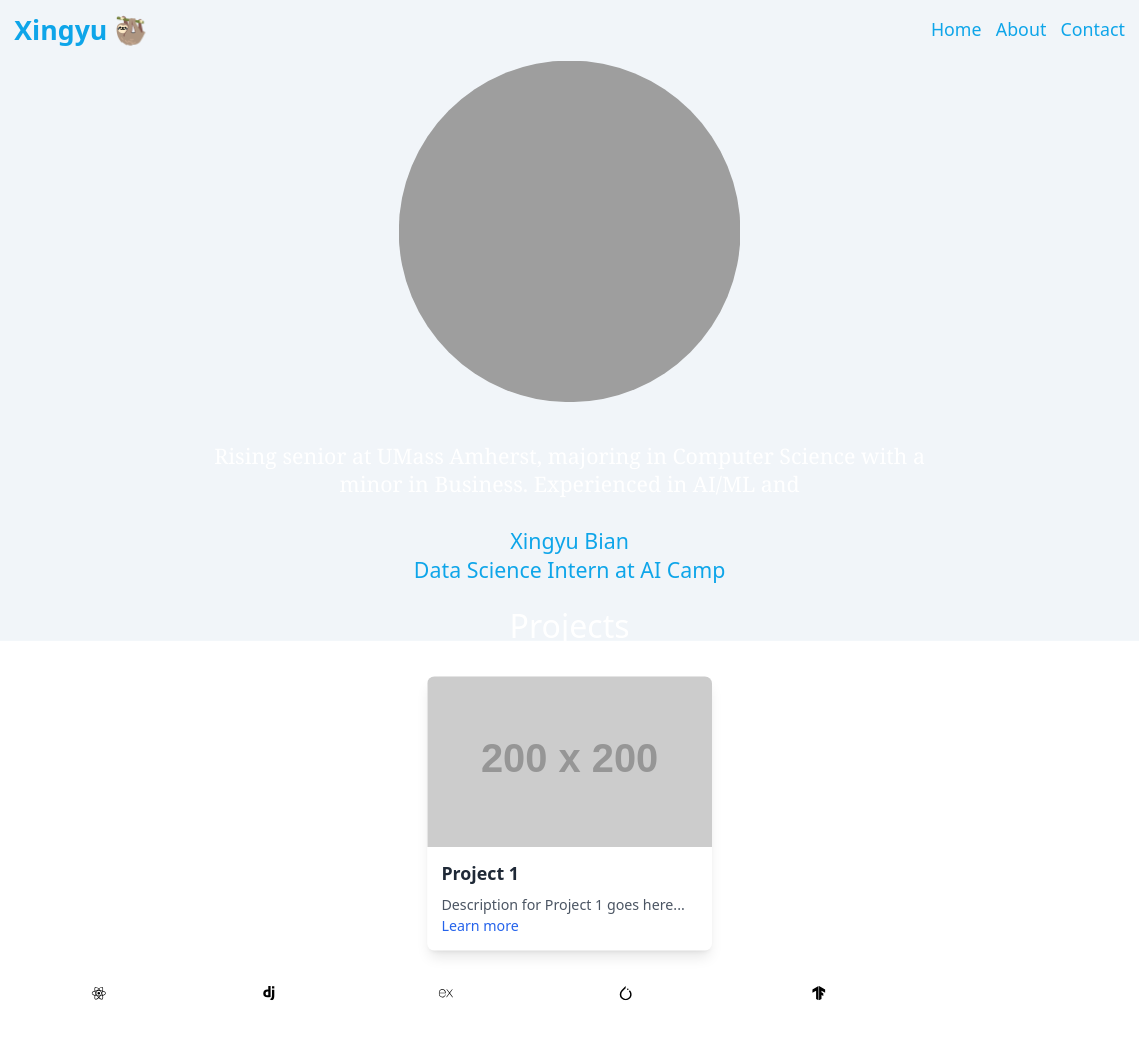
Repository: therealcyberlord/personal-portfolio
Page: /
An editor plug-in stored every save of this project. The page is shown before and after the next save, followed by the edit.
The browser window is 1280 px wide. The pictures show the whole page, at 89% of full size.
Pictures or frames that could not be fetched are drawn as grey boxes. The project was rebuilt for these pictures with package versions that can differ from the ones it lists, and the page was loaded fresh each time. Also part of the build but not shown: vite.config.ts, src/pages/About.tsx, src/pages/Contact.tsx.

Above is the page before, as saved 2023-07-24 23:05:35.

### src/App.tsx
import { BrowserRouter as Router, Routes, Route } from "react-router-dom";
import Home from "./pages/Home";
import About from "./pages/About";
import Contact from "./pages/Contact";
import Navbar from "./components/Nav";

function App() {
  return (
    <div className="w-screen h-screen bg-slate-100 dark:bg-slate-800">
      <Router>
        <Navbar />
        <Routes>
          <Route path="/" element={<Home />} />
          <Route path="/about" element={<About />} />
          <Route path="/contact" element={<Contact />} />
        </Routes>
      </Router>
    </div>
  );
}

export default App;

### src/pages/Home.tsx
import React from "react";
import Profile from "../components/Profile";
import Project from "../components/Project";
import {
  SiReact,
  SiDjango,
  SiExpress,
  SiPytorch,
  SiTensorflow,
} from "react-icons/si";
import { GrGolang } from "react-icons/gr";

// home page
const Home = () => {
  return (
    <>
      <Profile
        name="Xingyu Bian"
        description="Rising senior at UMass Amherst, majoring in Computer Science with a minor in Business. Experienced in AI/ML and web development. Passionate about leveraging machine learning, particularly large language models (LLMs), to tackle complex problems."
        img_path="https://media.licdn.com/dms/image/D4E03AQFCQkdaurjz6w/profile-displayphoto-shrink_800_800/0/1683933220891?e=1695859200&v=beta&t=uIRKof3vYt0XOvIpsSgM-4hSd2uGWgJoHZSCfBV5E1M"
        role="Data Science Intern at AI Camp"
      />
      <h2 className="p-4 text-white text-4xl font-medium text-center">
        Projects
      </h2>
      <div className="p-5 flex flex-wrap justify-around">
        <Project
          name="Project 1"
          description="Description for Project 1 goes here..."
          img_path="https://placehold.it/200"
          src_path="https://github.com/project1"
        />
        {/* Add more Project components as needed */}
      </div>
      {/* Skills section */}
      <div className="p-5 flex flex-wrap justify-around">
        <SkillItem icon={<SiReact />} name="React" />
        <SkillItem icon={<SiDjango />} name="Django" />
        <SkillItem icon={<SiExpress />} name="Express" />
        <SkillItem icon={<SiPytorch />} name="PyTorch" />
        <SkillItem icon={<SiTensorflow />} name="TensorFlow" />
        <SkillItem icon={<GrGolang />} name="Langchain" />
        {/* Add more skills as needed */}
      </div>
    </>
  );
};

// SkillItem component
const SkillItem = ({ icon, name }) => {
  return (
    <div className="flex flex-col items-center">
      {icon}
      <p className="text-white text-lg mt-2">{name}</p>
    </div>
  );
};

export default Home;

### src/components/Nav.tsx
import { Link } from "react-router-dom";

const Navbar = () => {
  return (
    <nav className="p-4">
      <div className="flex justify-between items-center">
        <div className="text-sky-500 dark:text-sky-400 font-bold text-3xl">
          Xingyu 🦥
        </div>
        <ul className="flex space-x-4">
          <li>
            <Link
              to="/"
              className="text-sky-500 text-xl dark:text-sky-400 hover:text-blue-200 dark:hover:text-blue-200 transition duration-300"
            >
              Home
            </Link>
          </li>
          <li>
            <Link
              to="/about"
              className="text-sky-500 text-xl dark:text-sky-400 hover:text-blue-200 dark:hover:text-blue-200 transition duration-300"
            >
              About
            </Link>
          </li>
          <li>
            <Link
              to="/contact"
              className="text-sky-500 text-xl dark:text-sky-400 hover:text-blue-200 dark:hover:text-blue-200 transition duration-300"
            >
              Contact
            </Link>
          </li>
        </ul>
      </div>
    </nav>
  );
};

export default Navbar;

### src/components/Profile.tsx
import React, { useState, useEffect } from "react";

interface ProfileProps {
  name: string;
  description: string;
  img_path: string;
  role: string;
}

const Profile: React.FC<ProfileProps> = ({
  name,
  description,
  img_path,
  role,
}) => {
  // track current index and typed text
  const [typedText, setTypedText] = useState("");
  const [currentIndex, setCurrentIndex] = useState(0);

  useEffect(() => {
    const timer = setInterval(() => {
      if (currentIndex < description.length) {
        setCurrentIndex(currentIndex + 1);
        setTypedText((prevText) => prevText + description[currentIndex]);
      } else {
        clearInterval(timer);
      }
    }, 50);

    return () => {
      clearInterval(timer);
    };
  }, [typedText]);

  return (
    <div className="flex flex-col items-center">
      <img
        className="w-64 h-64 rounded-full mx-auto lg:w-96 lg:h-96"
        src={img_path}
        alt="Xingyu's profile picture"
      />
      <div className="pt-6 text-center space-y-4">
        <blockquote className="max-w-4xl mx-auto text-lg lg:text-2xl">
          {/* Limit the width of the description */}
          <p className="p-5 text-white font-serif">{typedText}</p>
        </blockquote>
      </div>
      <figcaption className="font-medium text-center my-3">
        <p className="text-sky-500 dark:text-sky-400 text-xl lg:text-2xl">
          {name}
        </p>
        <p className="text-sky-500 dark:text-sky-400 text-xl lg:text-2xl">
          {role}
        </p>
      </figcaption>
    </div>
  );
};

export default Profile;

### src/components/Project.tsx
import React from "react";

interface ProfileProps {
  name: string;
  description: string;
  img_path: string;
  src_path: string;
}

const Profile: React.FC<ProfileProps> = ({
  name,
  description,
  img_path,
  src_path,
}) => {
  return (
    <div className="bg-white dark:bg-gray-700 rounded-lg shadow-lg overflow-hidden w-80 mx-4">
      <img
        className="w-full h-48 object-cover object-center"
        src={img_path}
        alt="Project 1"
      />
      <div className="p-4">
        <h3 className="text-xl font-semibold text-gray-800 dark:text-white">
          {name}
        </h3>
        <p className="mt-2 text-gray-600 dark:text-gray-300">{description}</p>
        <a
          href={src_path}
          className="mt-3 text-blue-600 dark:text-blue-400 hover:underline"
        >
          Learn more
        </a>
      </div>
    </div>
  );
};

export default Profile;

### tailwind.config.js
/** @type {import('tailwindcss').Config} */

export default {
  content: ["./index.html", "./src/**/*.{js,ts,jsx,tsx}"],
  theme: {
    extend: {
      colors: {
        primary: "#202225",
        secondary: "#5865f2",
      },
    },
  },
  plugins: [],
};

Loaded but not shown: src/main.tsx (common file); src/index.css (common file)

After the next save:
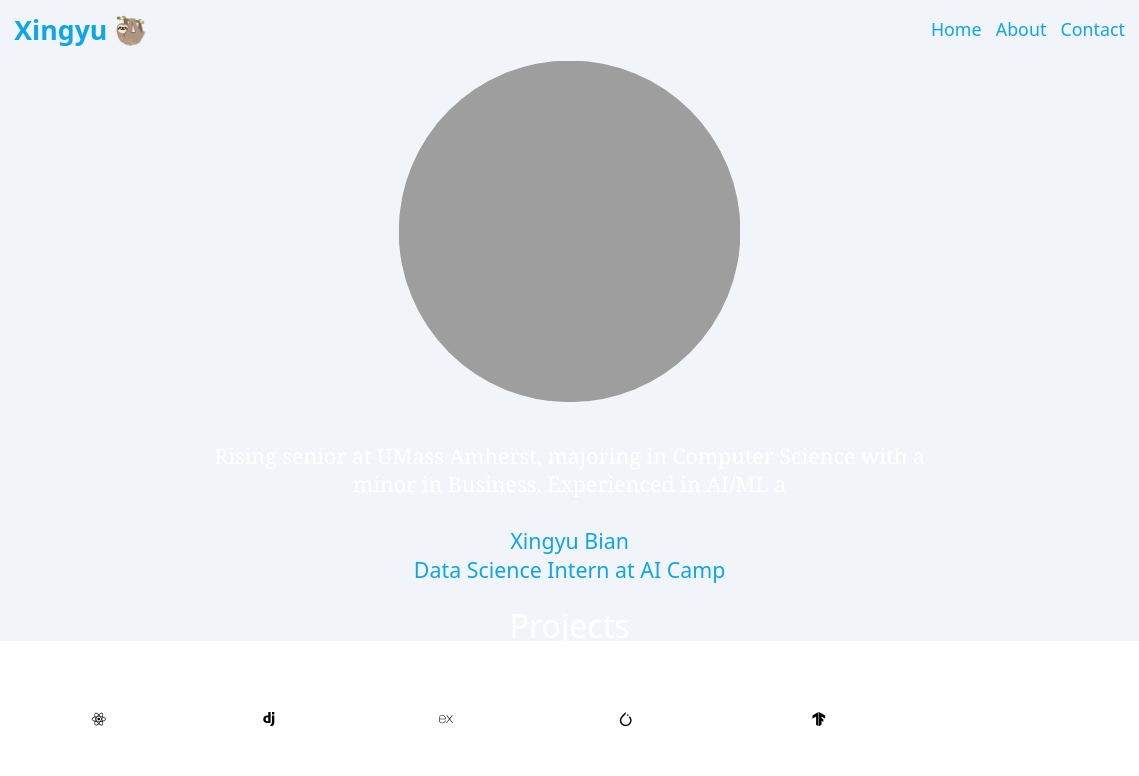
Saved 9 s later.
--- a/src/pages/Home.tsx
+++ b/src/pages/Home.tsx
@@ -23,15 +23,7 @@
       <h2 className="p-4 text-white text-4xl font-medium text-center">
         Projects
       </h2>
-      <div className="p-5 flex flex-wrap justify-around">
-        <Project
-          name="Project 1"
-          description="Description for Project 1 goes here..."
-          img_path="https://placehold.it/200"
-          src_path="https://github.com/project1"
-        />
-        {/* Add more Project components as needed */}
-      </div>
+      <div className="p-5 flex flex-wrap justify-around"></div>
       {/* Skills section */}
       <div className="p-5 flex flex-wrap justify-around">
         <SkillItem icon={<SiReact />} name="React" />
